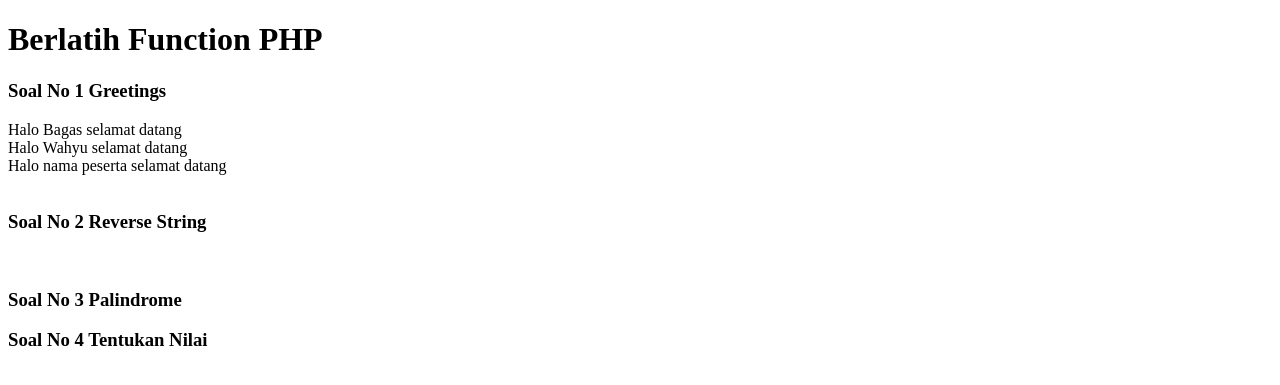
Repository: mfarhannr/IM-Sanbercode-Laravel-Web-Dev
Page: http://localhost/function-conditional.php
These files come from the project's save history. The page is drawn as it stood at one moment and after a run of saves; the edit follows.
The browser window is 1280 px wide. The pictures show the whole page.
The page is run by PHP 8.4 with error messages shown; the project is at /var/www/html/.

Above is the page before, as saved 2023-10-06 13:10:24.

After the next 2 saves:
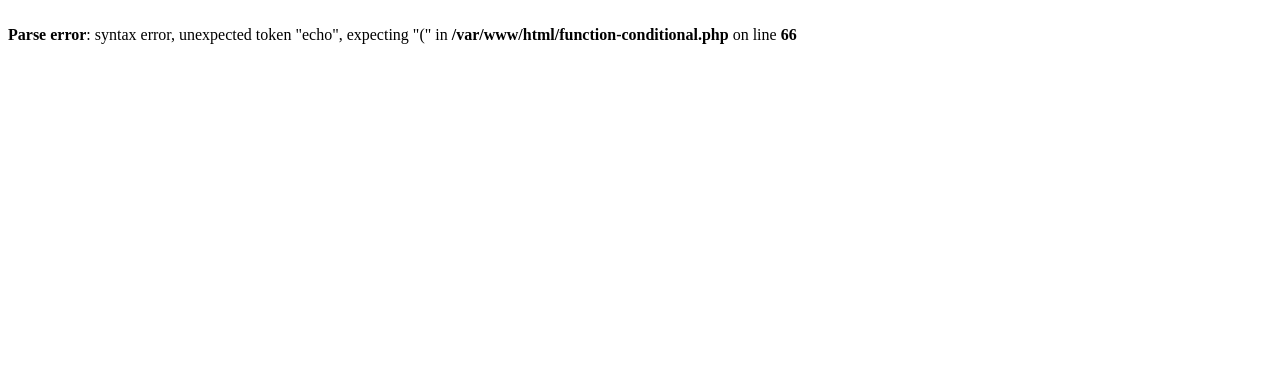
The 2 saves are shown as one change because they came seconds apart.
The last was saved 8 s later.
--- a/Soal-8-PHP/function-conditional.php
+++ b/Soal-8-PHP/function-conditional.php
@@ -57,7 +57,7 @@ function reverse($kata1){
     return $tampung;
 }
 
-
+function reve
 
 // Hapus komentar di bawah ini untuk jalankan Code
 // reverseString("nama peserta");
